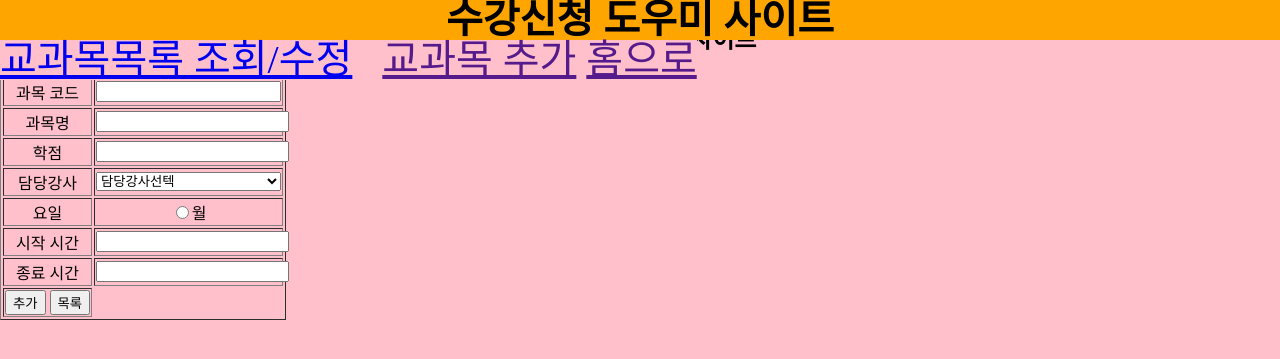
Repository: minjun223/EIP_Study
Page: http://localhost/HRD_2201/insert.jsp
An editor plug-in stored every save of this project. The page is shown before and after the next save, followed by the edit.
The browser window is 1280 px wide. The pictures show the whole page.
The page is served by Tomcat 9. Other server files are loaded and not shown.

Above is the page before, as saved 2023-02-11 11:32:38.

### 수강신청/HRD_2201/src/main/webapp/insert.jsp
<%@ page language="java" contentType="text/html; charset=UTF-8"
    pageEncoding="UTF-8"%>
<!DOCTYPE html>
<html>
<head>
<meta charset="UTF-8">
<title>Insert title here</title>
</head>
<body>
<jsp:include page="header.jsp"></jsp:include>
<section style="position:fixed; top:0px; left:0px; text-align:center; width:100%; height:100%; background-color:pink">
<h2 style="text-align:center">수강신청 도우미 사이트</h2>
	<form style="display:flex; text-align:center; align-item:center; text-align:center">
		<table border="1">
			<tr>
				<td>과목 코드</td>
				<td><input type="text"></td>
			</tr>
			<tr>
				<td>과목명</td>
				<td><input type="text" style="width:100%;"></td>
			</tr>
			<tr>
				<td>학점</td>
				<td><input type="text" style="width:100%;"></td>
			</tr>
			<tr>
				<td>담당강사</td>
				<td>
				<select name=""style="width:100%;">
					<option value="">담당강사선텍</option>
					<option value="1">김교수</option>
					<option value="2">이교수</option>
					<option value="3">박교수</option>
					<option value="4">우교수</option>
					<option value="5">최교수</option>
					<option value="6">임교수</option>
				</select>
				</td>
			</tr>
			<tr>
				<td>요일</td>
				<td>
				<input type="radio"value="1">월

				</td>
			</tr>
			<tr>
				<td>시작 시간</td>
				<td><input type="text"style="width:100%;"></td>
			</tr>
			<tr>
				<td>종료 시간</td>
				<td><input type="text"style="width:100%;"></td>
			</tr>
			<tr>
				<td style="text-align:center;width:100%">
					<input type="button" value="추가">
					<input type="button" value="목록">
				</td>
			</tr>
		</table>
	</form>
</section>
<jsp:include page="header.jsp"></jsp:include>
</body>
</html>

### 수강신청/HRD_2201/src/main/webapp/header.jsp
<%@ page language="java" contentType="text/html; charset=UTF-8"
    pageEncoding="UTF-8"%>
<!DOCTYPE html>
<html>
<head>
<meta charset="UTF-8">
<title>Insert title here</title>
</head>
<body>
<header style="position:fixed; top:0px; height:40px; line-height:40px; left:0px; width:100%; background-color:orange; text-align:center; font-size:40px">
<b>수강신청 도우미 사이트</b>
<nav style="position:fixed; top:40px; height:40px; line-heignt:40px; left:0px; pedding-left:20px; background-color:pink">
	<a href="insert.jsp">교과목목록 조회/수정</a>&nbsp;&nbsp;
	<a href="">교과목 추가</a>
	<a href="">홈으로</a>
</nav>
</header>
</body>
</html>

After the next save:
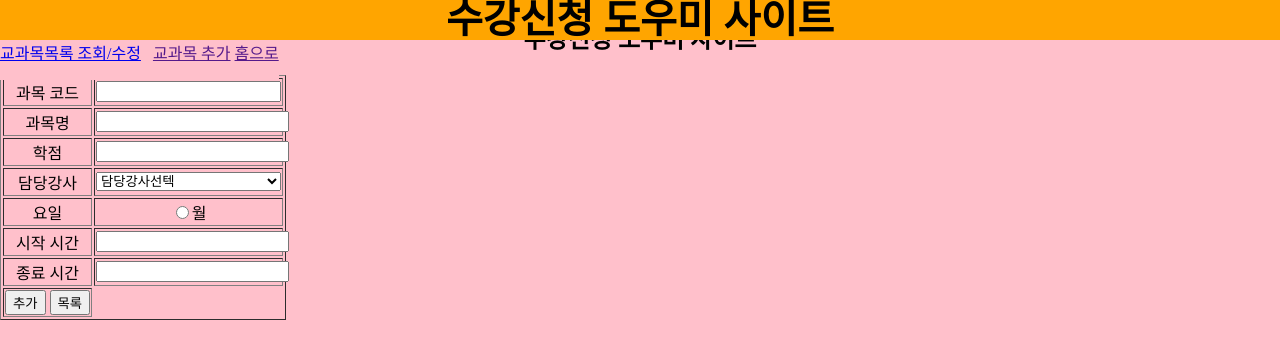
Saved 46 s later.
--- a/수강신청/HRD_2201/src/main/webapp/header.jsp
+++ b/수강신청/HRD_2201/src/main/webapp/header.jsp
@@ -8,12 +8,11 @@
 </head>
 <body>
 <header style="position:fixed; top:0px; height:40px; line-height:40px; left:0px; width:100%; background-color:orange; text-align:center; font-size:40px">
-<b>수강신청 도우미 사이트</b>
+<b>수강신청 도우미 사이트</b></header>
 <nav style="position:fixed; top:40px; height:40px; line-heignt:40px; left:0px; pedding-left:20px; background-color:pink">
 	<a href="insert.jsp">교과목목록 조회/수정</a>&nbsp;&nbsp;
 	<a href="">교과목 추가</a>
 	<a href="">홈으로</a>
 </nav>
-</header>
 </body>
 </html>
